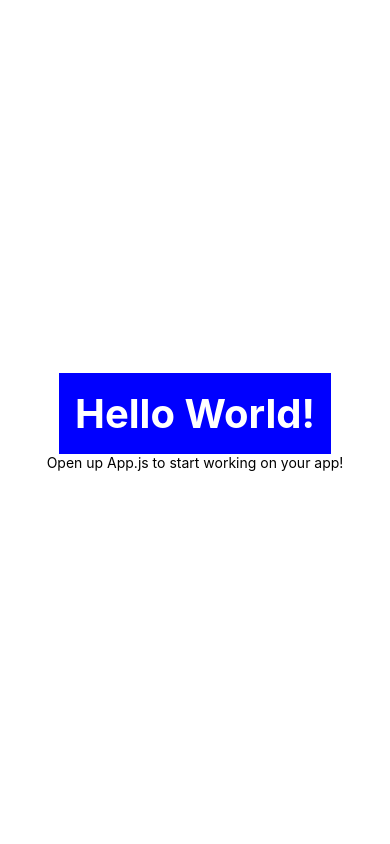
Repository: hirano-step/MemoApp
Screen: /
An editor plug-in stored every save of this project. The screen is shown before and after the next save, followed by the edit.
The app was drawn by React Native's web renderer in a window 390 px wide. The project was rebuilt for these pictures with package versions that can differ from the ones it lists, and the page was loaded fresh each time.

Above is the screen before, as saved 2023-01-10 18:29:13.

### App.jsx
import { StatusBar } from 'expo-status-bar';
import { StyleSheet, Text, View } from 'react-native';

import Hello from './src/components/Hello';

export default function App() {
  return (
    <View style={styles.container}>
      <Hello bang>World</Hello>
      <Text>Open up App.js to start working on your app!</Text>
      {/* eslint-disable-next-line */}
      <StatusBar style="auto" />
    </View>
  );
}

const styles = StyleSheet.create({
  container: {
    flex: 1,
    backgroundColor: '#fff',
    alignItems: 'center',
    justifyContent: 'center',
  },
});

### src/components/Hello.jsx
import { View, Text, StyleSheet } from 'react-native';
import { string, bool, shape } from 'prop-types';

function Hello(props) {
  const { children, bang, style } = props;
  return (
    <View>
      <Text style={[styles.text, style]}>
        {`Hello ${children}${bang ? '!' : ''}`}
      </Text>
    </View>
  );
}

Hello.propTypes = {
  children: string.isRequired,
  bang: bool,
  style: shape(),
};

Hello.defaultProps = {
  bang: false,
  style: null,
};

const styles = StyleSheet.create({
  text: {
    color: '#FFFFFF',
    backgroundColor: 'blue',
    fontSize: 40,
    fontWeight: 'bold',
    padding: 16,
  },
});

export default Hello;

After the next save:
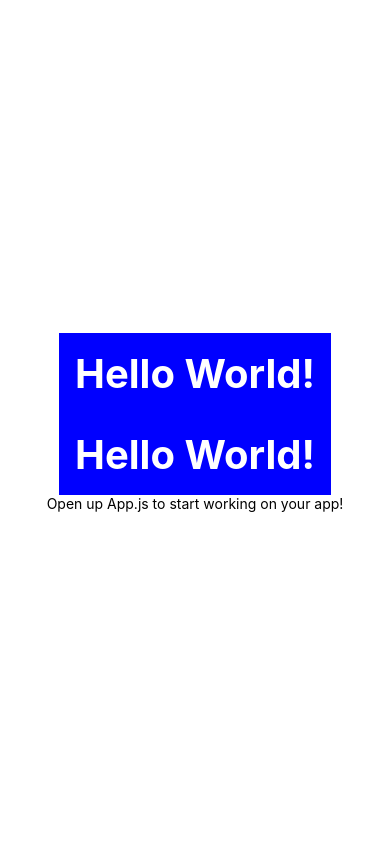
Saved 47 s later.
--- a/App.jsx
+++ b/App.jsx
@@ -6,6 +6,7 @@ import Hello from './src/components/Hello';
 export default function App() {
   return (
     <View style={styles.container}>
+      <Hello bang>World</Hello>
       <Hello bang>World</Hello>
       <Text>Open up App.js to start working on your app!</Text>
       {/* eslint-disable-next-line */}
